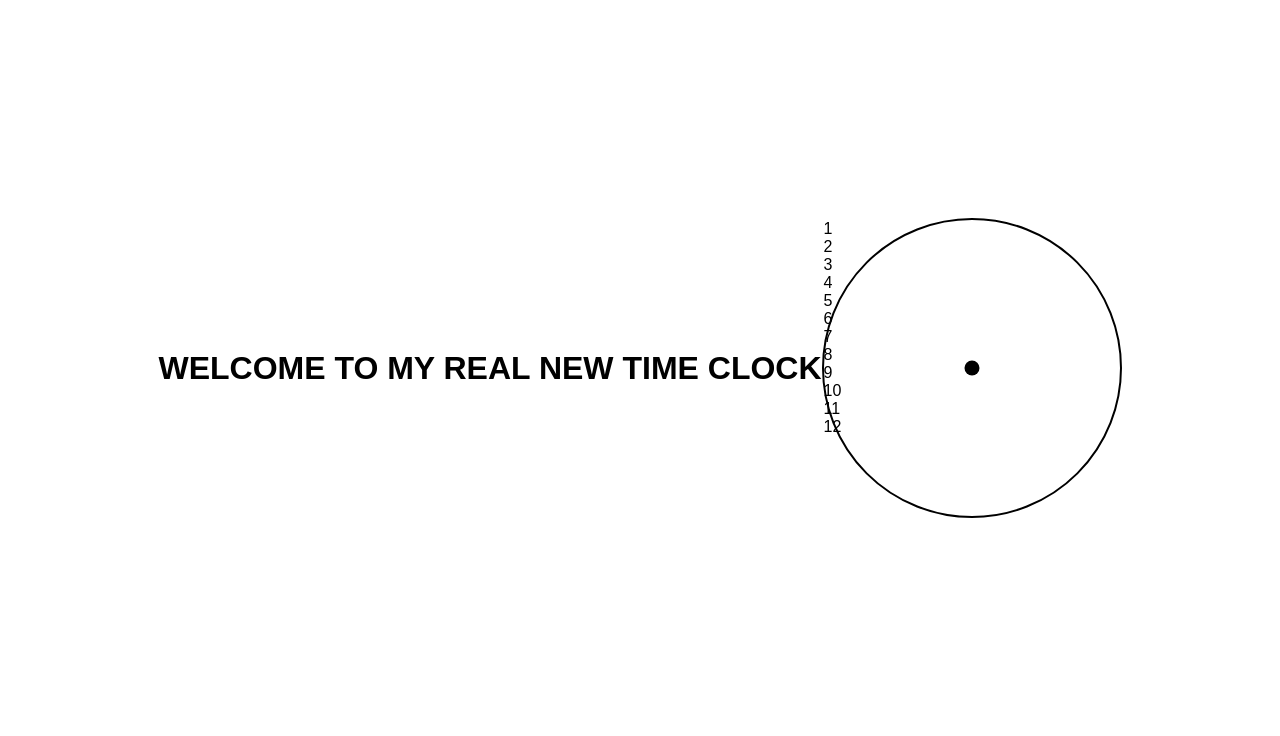
Repository: changkuothpur/create-my-watch
Page: watch.html
An editor plug-in stored every save of this project. The page is shown before and after the next save, followed by the edit.
The browser window is 1280 px wide. The pictures show the whole page.

Above is the page before, as saved 2024-04-26 13:24:40.
Console error: TypeError: Cannot read properties of null (reading 'style')

After the next save:
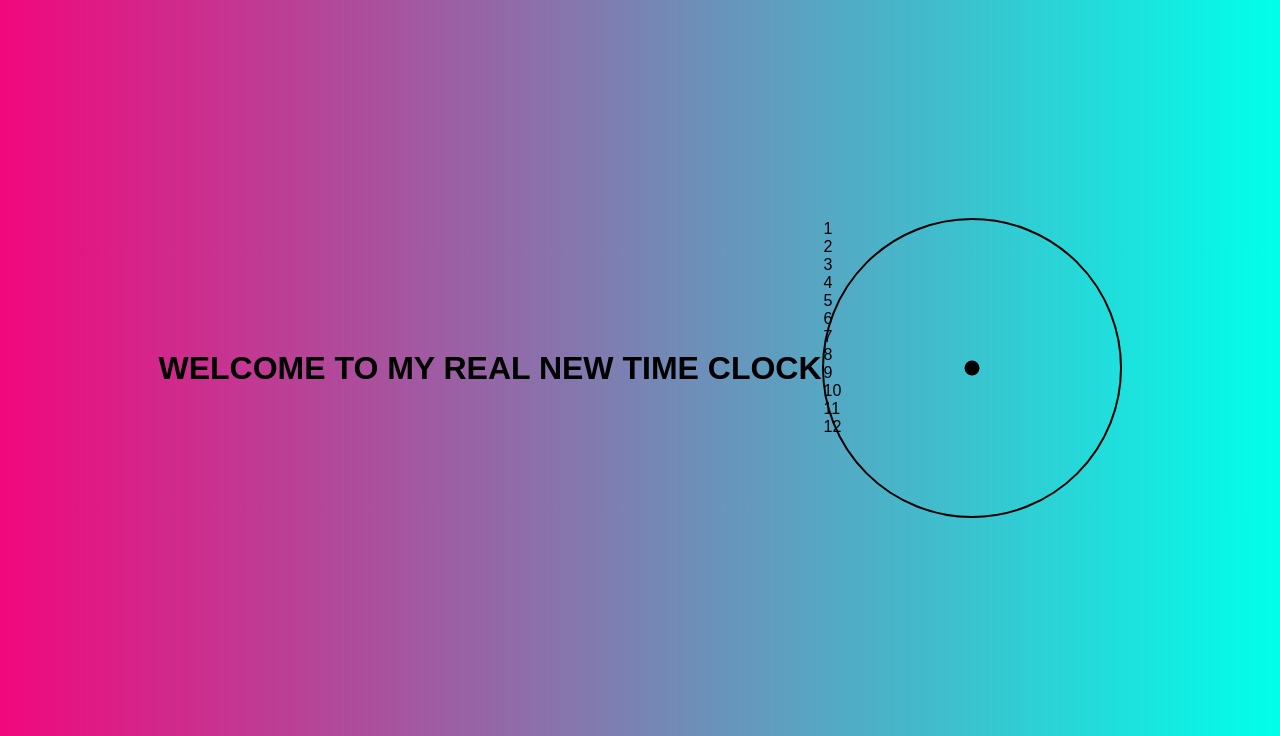
Saved 6 s later.
--- a/watch.css
+++ b/watch.css
@@ -4,7 +4,7 @@ font-family: Arial, Helvetica, sans-serif;
 
 }
 body{
-    background: linear-gradient(to right,rgb(241, 8, 125),hslk(175,100%,50%));
+    background: linear-gradient(to right,rgb(241, 8, 125),hsl(175,100%,50%));
     display: flex;
     justify-content: center;
     align-items: center;
